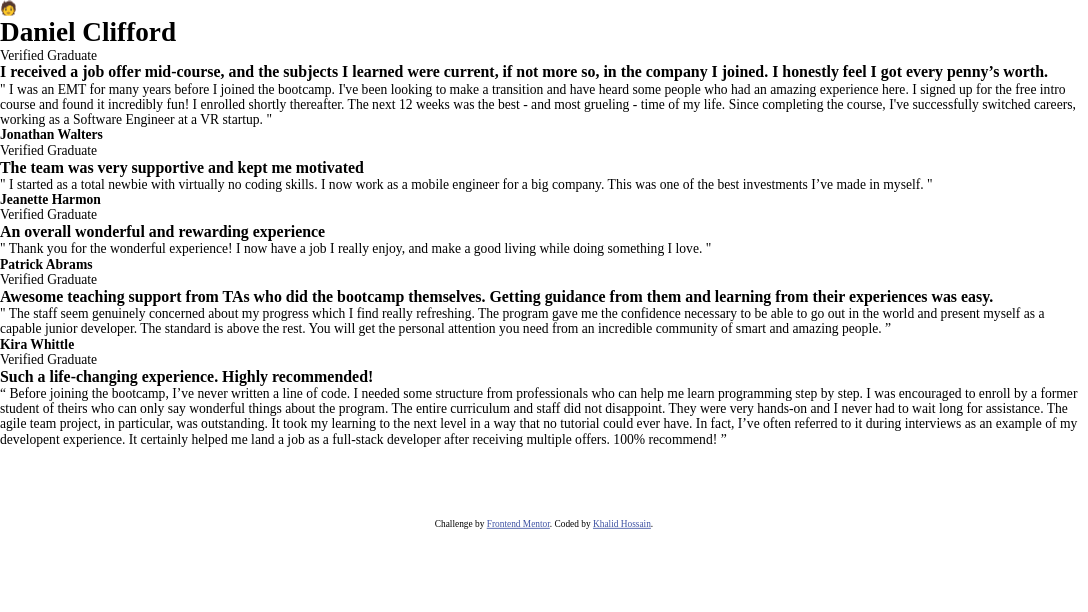
Repository: badhon252/Testimonials-Grid-Section
Page: index.html
An editor plug-in stored every save of this project. The page is shown before and after the next save, followed by the edit.
The browser window is 1280 px wide. The pictures show the whole page, at 85% of full size.

Above is the page before, as saved 2023-02-18 15:11:52.

After the next save:
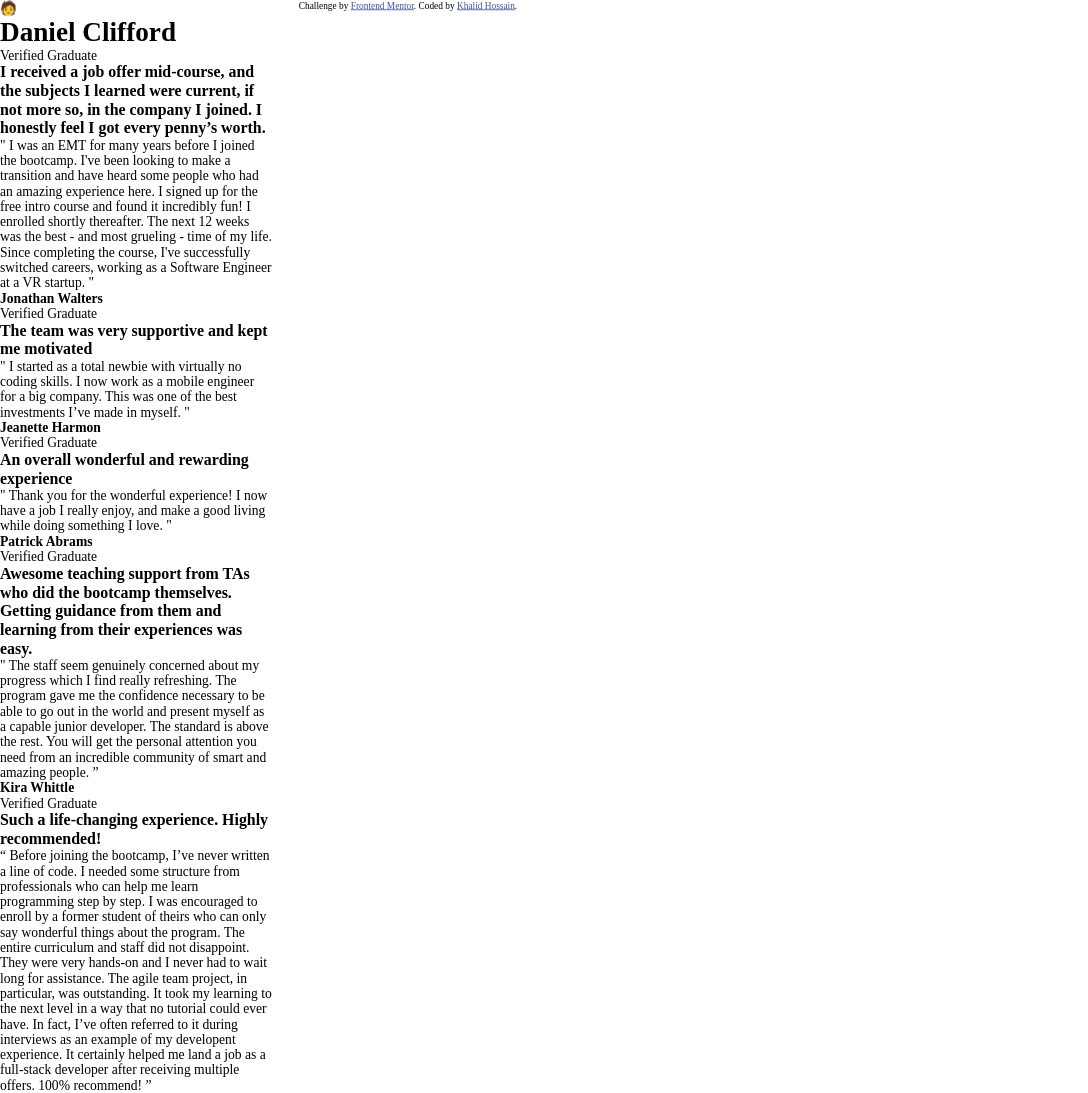
Saved 53 s later.
--- a/css/style.css
+++ b/css/style.css
@@ -7,6 +7,7 @@
 .container {
     height: 98vh;
     display: grid;
+    grid-template-columns: repeat(4, 1fr);
 }
 
 .attribution {
